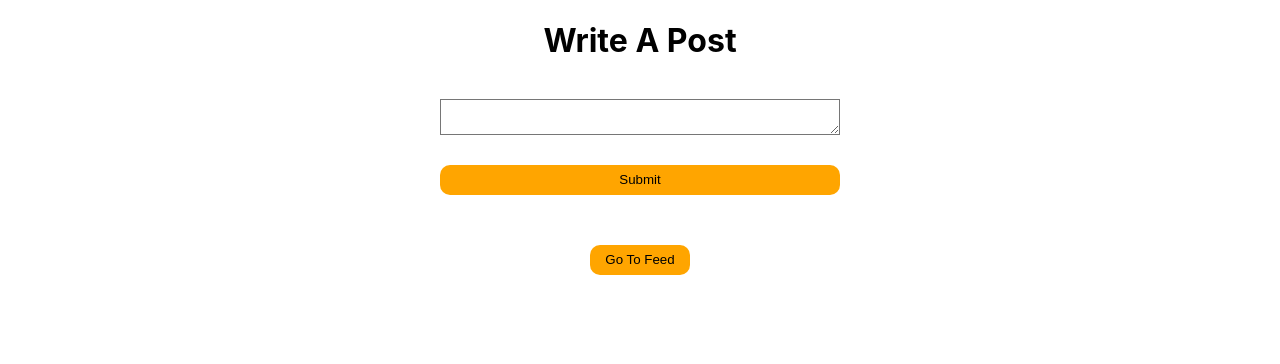
Repository: shaelorch/comp-week4
Page: /addPosts
An editor plug-in stored every save of this project. The page is shown before and after the next save, followed by the edit.
The browser window is 1280 px wide. The pictures show the whole page.
The project was rebuilt for these pictures with package versions that can differ from the ones it lists, and the page was loaded fresh each time. The framework's server and built-in components were replaced by stand-ins that run in the browser. Also part of the build but not shown: next.config.js.

Above is the page before, as saved 2023-01-31 23:12:31.

### pages/addPosts.js
import { useState } from 'react'
import axios from 'axios'
import { useEffect } from 'react'

export default function Home({posts}) {
    const [title, setTitle] = useState('')
    const [content, setContent] = useState('')

  const handleSubmit = async (e) => {
  e.preventDefault()
  const res = await axios.post('/api/posts', { title, content })
    console.log(res.data)
  }

  return <div style={{display:'flex', justifyContent:'center', flexDirection:'column' , alignItems:'center'}}>
  <h1>Write A Post</h1>

        <form onSubmit={handleSubmit} style={{display: "flex", flexDirection: "column", width:400}}>
          <input style={{backgroundColor:'white',  border:'transparent'}} type="text" value={title} onChange={(e) => setTitle(e.target.value)} />
          <textarea style={{backgroundColor:'white'}} value={content} onChange={(e) => setContent(e.target.value)} />


            <button style={{backgroundColor:'orange', borderRadius:10, border:'transparent', height:30, marginTop:30}} type="submit">Submit</button>
        </form>
        <a href='/'>
            <button style={{display:'flex', marginTop:50, backgroundColor:'orange', border:'transparent', height:30, alignItems:'center', borderRadius:10, padding:15}}>Go To Feed</button>
        </a>


    </div>
  }

Loaded but not shown: pages/_app.js (common file); styles/globals.css (common file)

After the next save:
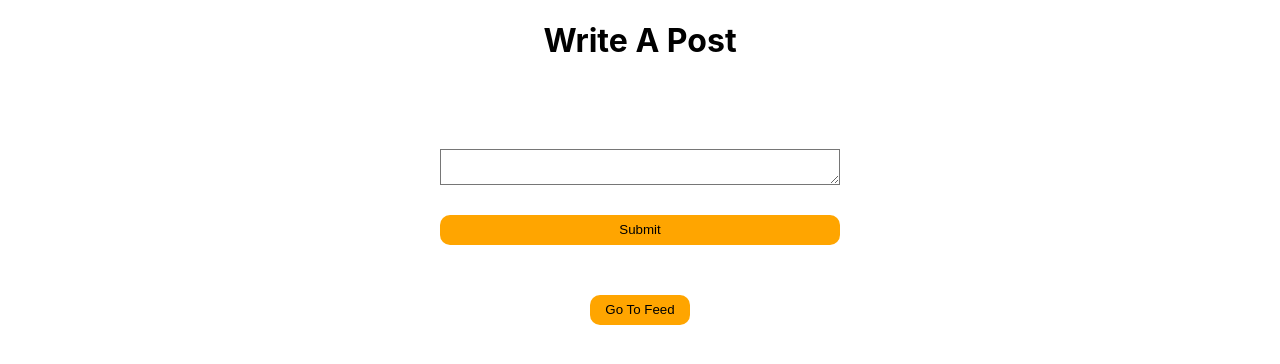
Saved 13 s later.
--- a/pages/addPosts.js
+++ b/pages/addPosts.js
@@ -16,7 +16,7 @@ export default function Home({posts}) {
   <h1>Write A Post</h1>
 
         <form onSubmit={handleSubmit} style={{display: "flex", flexDirection: "column", width:400}}>
-          <input style={{backgroundColor:'white',  border:'transparent'}} type="text" value={title} onChange={(e) => setTitle(e.target.value)} />
+          <input style={{backgroundColor:'white', marginTop:50, border:'transparent'}} type="text" value={title} onChange={(e) => setTitle(e.target.value)} />
           <textarea style={{backgroundColor:'white'}} value={content} onChange={(e) => setContent(e.target.value)} />
 
 
